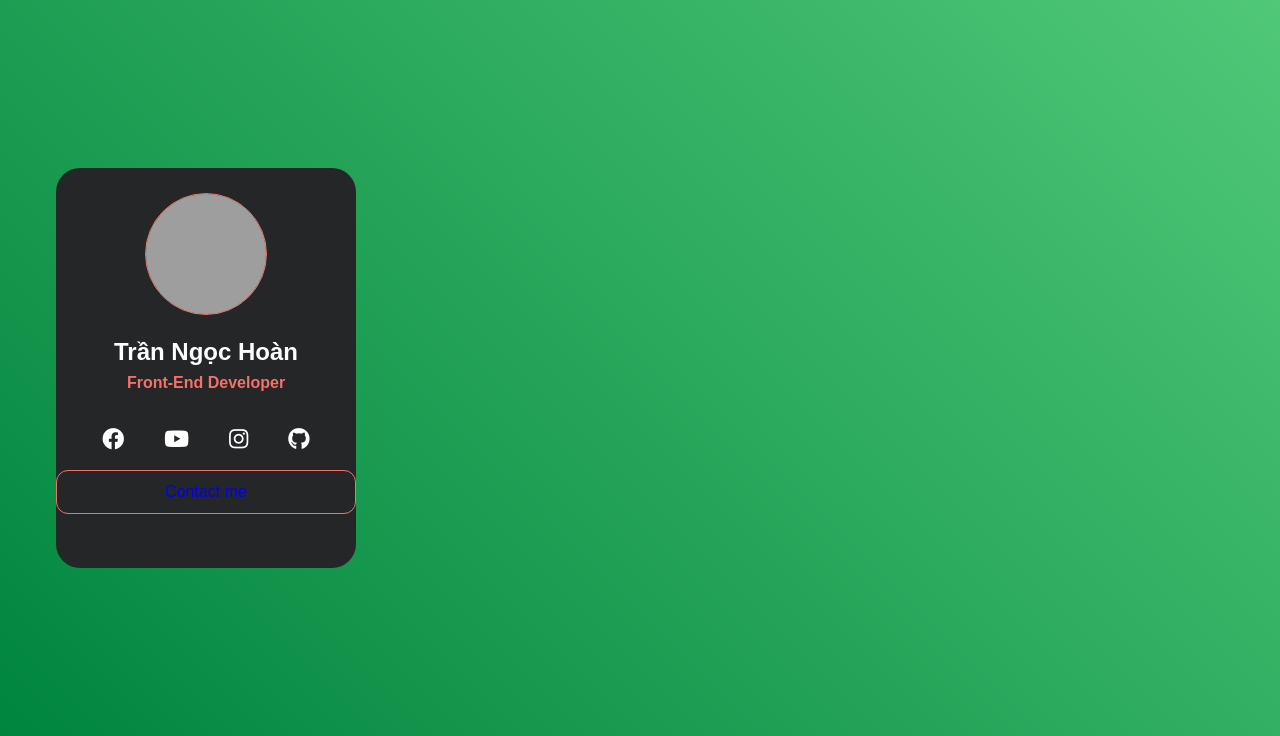
Repository: HoanTiny/30projects-30day
Page: Day 2/index.html
These files come from the project's save history. The page is drawn as it stood at one moment and after the next save; the edit follows.
The browser window is 1280 px wide. The pictures show the whole page.
Pictures or frames that could not be fetched are drawn as grey boxes. Some web libraries are served in a nearby version.

Above is the page before, as saved 2021-11-30 21:36:59.

After the next save:
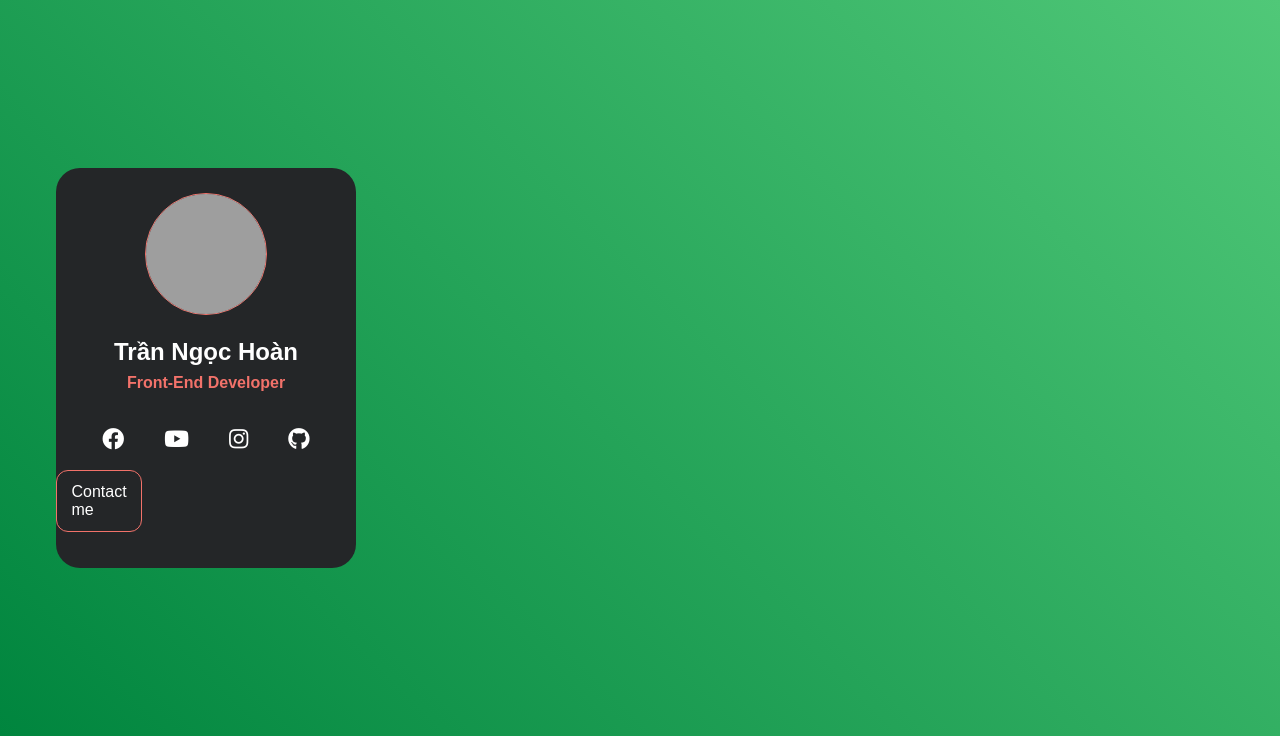
Saved 4 s later.
--- a/Day 2/style.css
+++ b/Day 2/style.css
@@ -88,7 +88,7 @@ img {
 }
 
 .card-item-contact {
-    width:48px
+    width: 48px;
     color: #fff;
     border: 1px solid #f2726a;
     padding: 12px 18px;
